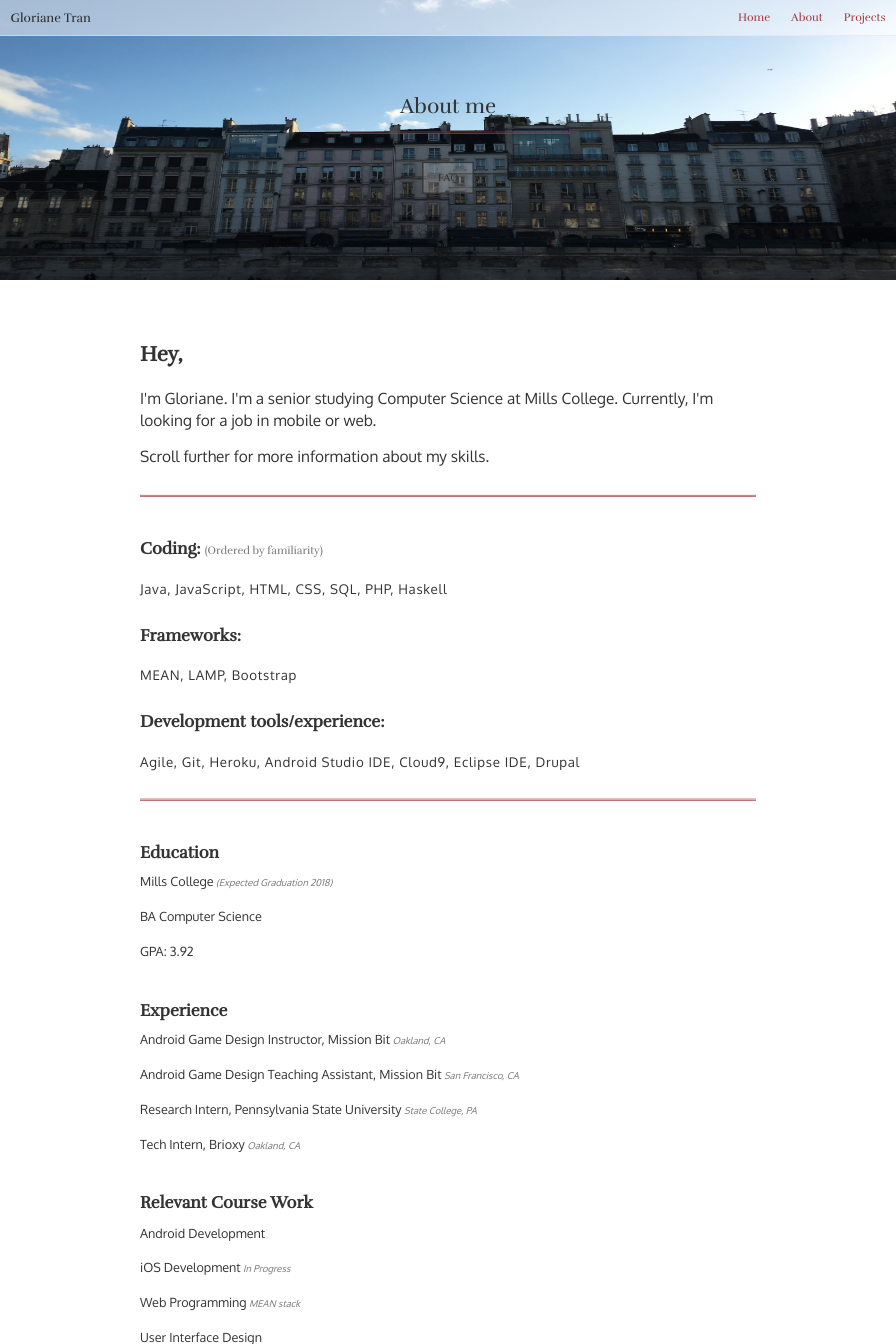
Repository: glorianetran/gloriane-web
Page: http://localhost/about
The author's editor kept a record of every edit. The page is drawn from the files as they stood at one moment, then again after the next edit.
The browser window is 1280 px wide. The pictures show the part of the page from y = 0 to 1920 px (the page is 2679 px tall), at 70% of full size.
Some web libraries are served in a nearby version. The page is served by the project's Node server (app.js). Other server files are loaded and not shown.

Above is the page before.

### app_server/views/about.ejs
<!DOCTYPE html>
<html lang="en">
    <head>
        <% include partials/head.ejs %>
        <script type="text/javascript" src="https://code.jquery.com/jquery-1.11.0.min.js"></script>
        <link href="/stylesheets/about.css" rel="stylesheet">

        <!--FAQ script-->
    	<script>
        	jQuery(document).ready(function() {
        	function close_accordion_section() {
        		jQuery('.accordion .accordion-section-title').removeClass('active');
        		jQuery('.accordion .accordion-section-content').slideUp(300).removeClass('open');
        	}

        	jQuery('.accordion-section-title').click(function(e) {
        		// Grab current anchor value
        		var currentAttrValue = jQuery(this).attr('href');

        		if(jQuery(e.target).is('.active')) {
        			close_accordion_section();
        		}else {
        			close_accordion_section();

        			// Add active class to section title
        			jQuery(this).addClass('active');
        			// Open up the hidden content panel
        			jQuery('.accordion ' + currentAttrValue).slideDown(300).addClass('open');
        		}

        		e.preventDefault();
        	});
        });
	</script>
	</head>

    <body>
        <% include partials/nav%>

        <div class="jumbotron">
            <h2 class="text-center rufina">About me</h2>
            <strong><hr class="style"></strong>
            <br>
            <div class="text-center rufina">
                <input type="button" class="button" onClick="document.getElementById('faq').scrollIntoView();" value="FAQ">
            </div>
        </div>

        <!--About page main text-->
        <div class="container">
            <div class="margin">
                <h2 class="about-header rufina">Hey,</h2>
                <br>
                <div class="about-text oxygen">
                   I'm Gloriane. I'm a senior studying Computer Science at Mills College. Currently, I'm looking
                   for a job in mobile or web.
                </div>
                <br>
                <div class="about-text oxygen">Scroll further for more information about my skills. </div>
                <br>
                <hr class="style-2">
                <br>
                <h3 class="about-header rufina">Coding: <small>(Ordered by familiarity)</small></h3>
                <br>
                <div class="about-text-list oxygen">Java, JavaScript, HTML, CSS, SQL, PHP, Haskell</div>
                <br>
                <h3 class="about-header rufina">Frameworks:</h3>
                <br>
                <div class="about-text-list oxygen">MEAN, LAMP, Bootstrap</div>
                <br>
                <h3 class="about-header rufina">Development tools/experience:</h3>
                <br>
                <div class="about-text-list oxygen">Agile, Git, Heroku, Android Studio IDE, Cloud9, Eclipse IDE, Drupal</div>
                <br>
                <hr class="style-2">
                <br>
                <h3 class="about-header rufina">Education</h3>
                <h4 class="about-text-resume oxygen">Mills College<small><i> (Expected Graduation 2018)</i></small>
                <h4 class="about-text-resume oxygen">BA Computer Science</h4>
                <h4 class="about-text-resume oxygen">GPA: 3.92</h4>
                <br>
                <h3 class="about-header rufina">Experience</h3>
                <h4 class="about-text-resume oxygen">Android Game Design Instructor, Mission Bit<small><i> Oakland, CA</i></small></h4>
                <h4 class="about-text-resume oxygen">Android Game Design Teaching Assistant, Mission Bit<small><i> San Francisco, CA</i></small></h4>
                <h4 class="about-text-resume oxygen">Research Intern, Pennsylvania State University<small><i> State College, PA</i></small></h4>
                <h4 class="about-text-resume oxygen">Tech Intern, Brioxy<small><i> Oakland, CA</i></small></h4>
                <br>
                <h3 class="about-header rufina">Relevant Course Work</h3>
                <h4 class="about-text-resume oxygen">Android Development</h4>
                <h4 class="about-text-resume oxygen">iOS Development<small><i> In Progress</i></small></h4>
                <h4 class="about-text-resume oxygen">Web Programming<small><i> MEAN stack</i> </small></h4>
                <h4 class="about-text-resume oxygen">User Interface Design</h4>
                <br>
                <i><h5 class="oxygen">For more information about my professional skills please
                click <a href="https://drive.google.com/file/d/0B7LTg5vkTmfCWkQ1WWlfV2tndTNld3JjbjJ2OTZxSGRpb0Y0/view?usp=sharing" target="_blank"><b>here</b></a> for my resume.</h5></i>
                <br>
                <hr class="style-2">
                <br>

                 <!-- FAQ -->
                <h2 id="faq" class="about-header rufina text-center">FAQ</h2>
                <br>
                <br>
            	<div class="main">
            		<div class="accordion">

            			    <div class="accordion-section">
            			    	<a class="accordion-section-title rufina" href="#accordion-1">Who are you?</a>
            				    <div id="accordion-1" class="accordion-section-content">
            					    <p class="about-faq oxygen">I'm Gloriane. Most people call me Glo. My life motto is to "Glo with the flow."</p>
            				    </div><!--end .accordion-section-content-->
            		       	</div><!--end .accordion-section-->

            			    <div class="accordion-section">
            				    <a class="accordion-section-title rufina" href="#accordion-2">What do you do outside of class?</a>
            				    <div id="accordion-2" class="accordion-section-content">
            					    <p class="about-faq oxygen">I enjoy thinking about cool app ideas,
            					    improving my general knowledge, finding time to volunteer,
            					    and admiring the beauty of giraffes (and all animals). I'm also the president of the Mills Computer Club! </p>
            				    </div><!--end .accordion-section-content-->
            			    </div><!--end .accordion-section-->

            		    	<div class="accordion-section">
            				    <a class="accordion-section-title rufina" href="#accordion-3">What are your career goals?</a>
            				    <div id="accordion-3" class="accordion-section-content">
                					<p class="about-faq oxygen">My short term goal is to get a job in mobile/web to get more experience as a developer. My long term goal is to
                					find a job where I can combine my passion for social justice and technology. I want to be able to help
                					solve some of the world's most pressing issues with tech.</p>
            				    </div><!--end .accordion-section-content-->
            		    	</div><!--end .accordion-section-->

            			    <div class="accordion-section">
            				    <a class="accordion-section-title rufina" href="#accordion-4">What are your strengths/weaknesses?</a>
            				    <div id="accordion-4" class="accordion-section-content">
            					    <p class="about-faq oxygen">My strengths are: being on time,
            					    being organized, having a positive attitude, and embracing any confusion.
            					    My weaknesses are: obsessing over minor details, not asking for help when needed,
            					    public speaking, and spelling (spell-check spoils me).
            					    </p>
            				    </div><!--end .accordion-section-content-->
            		       	</div><!--end .accordion-section-->

            		       	<div class="accordion-section">
            				    <a class="accordion-section-title rufina" href="#accordion-5">What is one cool thing you have done?</a>
            				    <div id="accordion-5" class="accordion-section-content">
            					    <p class="about-faq oxygen">In my 2nd year of college, I studied abroad in Budapest, Hungary at Aquincum Institute of Technology (AIT).
            					    It was my first time leaving the United States. I traveled to 8 countries such as Spain, France, Denmark, etc. All of the images
            					    used for this website were taken while I was abroad. <br><br>
            					    </p>
            					    <div class="text-center">
            					        <h5 class="about-faq oxygen">Here's a picture of me worshipping a quiche the size of my face in Paris, France.</h5>
            					        <img src="/images/quiche.jpg"></img>
            					    </div>
            					    <br>
            				    </div><!--end .accordion-section-content-->
            		       	</div><!--end .accordion-section-->

                    </div><!--end .accordion-->
            	</div><!--end .main-->
            </div><!--end .margin-->
        </div><!--end .container-->
	</body>

	<% include partials/footer%>

</html>

### app_server/views/partials/head.ejs
<meta charset="utf-8">
<meta http-equiv="X-UA-Compatible" content="IE=edge">
<meta name="viewport" content="width=device-width, initial-scale=1">
<meta name="description" content="Gloriane Tran's personal website with information about her academic work and projects.">
<meta name="author" content="Gloriane Tran">

<!--jQuery-->
<script src="https://ajax.googleapis.com/ajax/libs/jquery/3.2.0/jquery.min.js"></script>

<!--Bootstrap Themes-->
<link rel="stylesheet" href="https://maxcdn.bootstrapcdn.com/bootstrap/3.3.7/css/bootstrap.min.css">
<script src="https://maxcdn.bootstrapcdn.com/bootstrap/3.3.7/js/bootstrap.min.js"></script>

<!--Icons-->
<link href="https://maxcdn.bootstrapcdn.com/font-awesome/4.7.0/css/font-awesome.min.css" rel="stylesheet">

<!--Stylesheets-->
<link href="/stylesheets/footer.css" rel="stylesheet">
<link href="/stylesheets/font.css" rel="stylesheet">
<link href="/stylesheets/nav.css" rel="stylesheet">

<!--Fonts-->
<link href="https://fonts.googleapis.com/css?family=Oxygen|Rufina" rel="stylesheet">

<!--Page Title -->
<title>Gloriane Tran | <%= title %></title>

### app_server/views/partials/nav.ejs
<nav class="navbar navbar-default navbar-fixed-top">
    <div class="container-fluid">
        <div class="navbar-header">
                <button type="button" class="navbar-toggle collapsed" data-toggle="collapse" data-target="#navbar" aria-expanded="false" aria-controls="navbar">
                <span class="icon-bar"></span>
                <span class="icon-bar"></span>
                <span class="icon-bar"></span>
            </button>
            <a class="navbar-brand rufina" href="/">Gloriane Tran</a>
        </div>

        <div class="navbar-collapse collapse" id="navbar">
            <ul class="nav navbar-nav navbar-right rufina">
                <li><a href="/">Home</a></li>
                <li><a href="/about">About</a></li>
                <li><a href="/projects">Projects</a></a></li>
            </ul>
        </div>
    </div>
</nav>

### app_server/views/partials/footer.ejs
<footer>
    <hr>
    <div class="container">
        <div class="text-center">
            <a href="https://www.linkedin.com/in/gloriane-tran-ab8592a7/" target="_blank"><i class="fa fa-linkedin-square fa-3x social"></i></a>
            <a href="https://github.com/glorianetran" target="_blank"><i class="fa fa-github-square fa-3x social"></i></a>
            <a href="mailto:glorianetran@gmail.com"><span class="glyphicon glyphicon-envelope"></span></a>
            <br>
            <br>
            <p class="rufina">Copyright © Gloriane Tran 2017</p>
        </div>
    </div>
</footer>

### app.js
var express = require('express');
var path = require('path');
var favicon = require('serve-favicon');
var logger = require('morgan');
var cookieParser = require('cookie-parser');
var bodyParser = require('body-parser');

var index = require('./app_server/routes/index');
var users = require('./app_server/routes/users');

var app = express();

// view engine setup
app.set('views', path.join(__dirname,'app_server', 'views'));
app.set('view engine', 'ejs');

// uncomment after placing your favicon in /public
//app.use(favicon(path.join(__dirname, 'public', 'favicon.ico')));
app.use(logger('dev'));
app.use(bodyParser.json());
app.use(bodyParser.urlencoded({ extended: false }));
app.use(cookieParser());
app.use(express.static(path.join(__dirname, 'public')));

app.use('/', index);
app.use('/users', users);

// catch 404 and forward to error handler
app.use(function(req, res, next) {
  var err = new Error('Not Found');
  err.status = 404;
  next(err);
});

// error handler
app.use(function(err, req, res, next) {
  // set locals, only providing error in development
  res.locals.message = err.message;
  res.locals.error = req.app.get('env') === 'development' ? err : {};

  // render the error page
  res.status(err.status || 500);
  res.render('error');
});

module.exports = app;

### app_server/controllers/main.js
/* GET home page */
module.exports.index = function(req, res) {
    res.render('index', {
        title: 'Home'
    });
};

/* GET about page. */
module.exports.about = function(req, res) {
    res.render('about', {
        title: 'About'
    });
};

/* GET projects page. */
module.exports.projects = function(req, res) {
    res.render('projects', {
        title: 'Projects'
    });
};

### public/stylesheets/footer.css
footer {
    width: 100%;
    height: 100px;
}


/*Social Media Links*/

.fa-3x {
    font-size: 3em;
    color: #A33B3B;
    margin: auto 5px;
}

.fa-3x:hover {
    color: #333333;
}


/*Link color*/

a {
    color: #A33B3B;
}

a:hover {
    color: #333333;
}

a:focus {
    color: #A33B3B;
}


/*Email Icon*/

span.glyphicon-envelope {
    font-size: 2.5em;
    margin: auto 5px;
}

.glyphicon {
    top: 3px;
}

### public/stylesheets/font.css
.rufina{
    font-family: 'Rufina', serif;
}

.oxygen{
    font-family: 'Oxygen', sans-serif;
}

### public/stylesheets/nav.css
.navbar-default .navbar-brand {
    color: #A33B3B;
    font-size: 18px;
}

.navbar-default .navbar-brand:hover,
.navbar-default .navbar-brand:focus {
    color: #2C2B2B;
}

.navbar-default .navbar-nav>li>a {
    color: #A33B3B;
    font-size: 16px;
}

.navbar-default {
    background-color: RGBA(255, 255, 255, .5);
    border-color: #E7E7E7;
}

.icon-bar {
    background-color: #A33B3B !important;
}

### public/stylesheets/about.css
hr.style {
    border-top: 3px double #000000;
    width: 350px;
    border-color: #A33B3B;
}

hr.style-2 {
    border-top: 3px double #000000;
    width: 100%;
    border-color: #A33B3B;
    text-align: left;
}

.button {
    border-radius: 0px;
    background: #A33B3B;
    font-size: 15px;
    font-weight: 500;
    background: RGBA(255, 255, 255, .2);
    padding: 10px 20px 10px 20px;
    border: solid #333333 2px;
    outline: none !important;
}

.button:hover {
    text-decoration: none;
    background: #333333;
    color: #A33B3B;
}

.jumbotron {
    margin-bottom: 0px;
    padding: 9% 0;
    width: 100%;
    background-image: url("/images/about.jpg");
    background-size: 100% 100%;
    height: 400px;
}

.container {
    width: 100%;
    padding: 0px;
}

.margin {
    margin: 90px 200px;
}

.about-text {
    font-size: 22px;
}

.about-faq {
    font-size: 16px;
}

.about-text-list {
    font-size: 19px;
    letter-spacing: 1px;
}

.about-text-resume {
    padding: 10px 0px;
}

.about-header {
    font-weight: 800;
}


/*----- Accordion FAQ -----*/

.accordion,
.accordion * {
    box-sizing: border-box;
}

.accordion {
    overflow: hidden;
    box-shadow: 0px 1px 3px rgba(0, 0, 0, 0.25);
    border-radius: 3px;
    background: #f7f7f7;
}


/*----- Section Titles -----*/

.accordion-section-title {
    width: 100%;
    padding: 15px;
    display: inline-block;
    border-bottom: 1px solid #1a1a1a;
    background: #333333;
    transition: all linear 0.15s;
    font-size: 1.200em;
    color: #FFFFFF;
    text-decoration: none;
}

.accordion-section-title.active,
.accordion-section-title:hover {
    background: #A33B3B;
    color: #333333;
    text-decoration: none;
    font-weight: bolder;
}

.accordion-section:last-child .accordion-section-title {
    border-bottom: none;
}


/*----- Section Content -----*/

.accordion-section-content {
    padding: 15px;
    display: none;
}

a:focus,
a:hover {
    color: #fff;
    text-decoration: none;
}


/*Responsive*/

@media (max-width: 975px) {
    .margin {
        margin: 40px 60px;
    }
    .jumbotron {
        padding: 12% 0;
    }
}

@media (max-width: 730px) {
    html,
    body {
        width: auto !important;
        overflow-x: hidden !important;
    }
    .margin {
        margin: 30px 30px;
    }
    .jumbotron {
        padding: 15% 0px;
    }
}

@media (max-width: 450px) {
    hr.style {
        width: 300px;
    }
    .margin {
        margin: 30px 30px;
    }
    .jumbotron {
        padding: 23% 0;
    }
}

After the next edit:
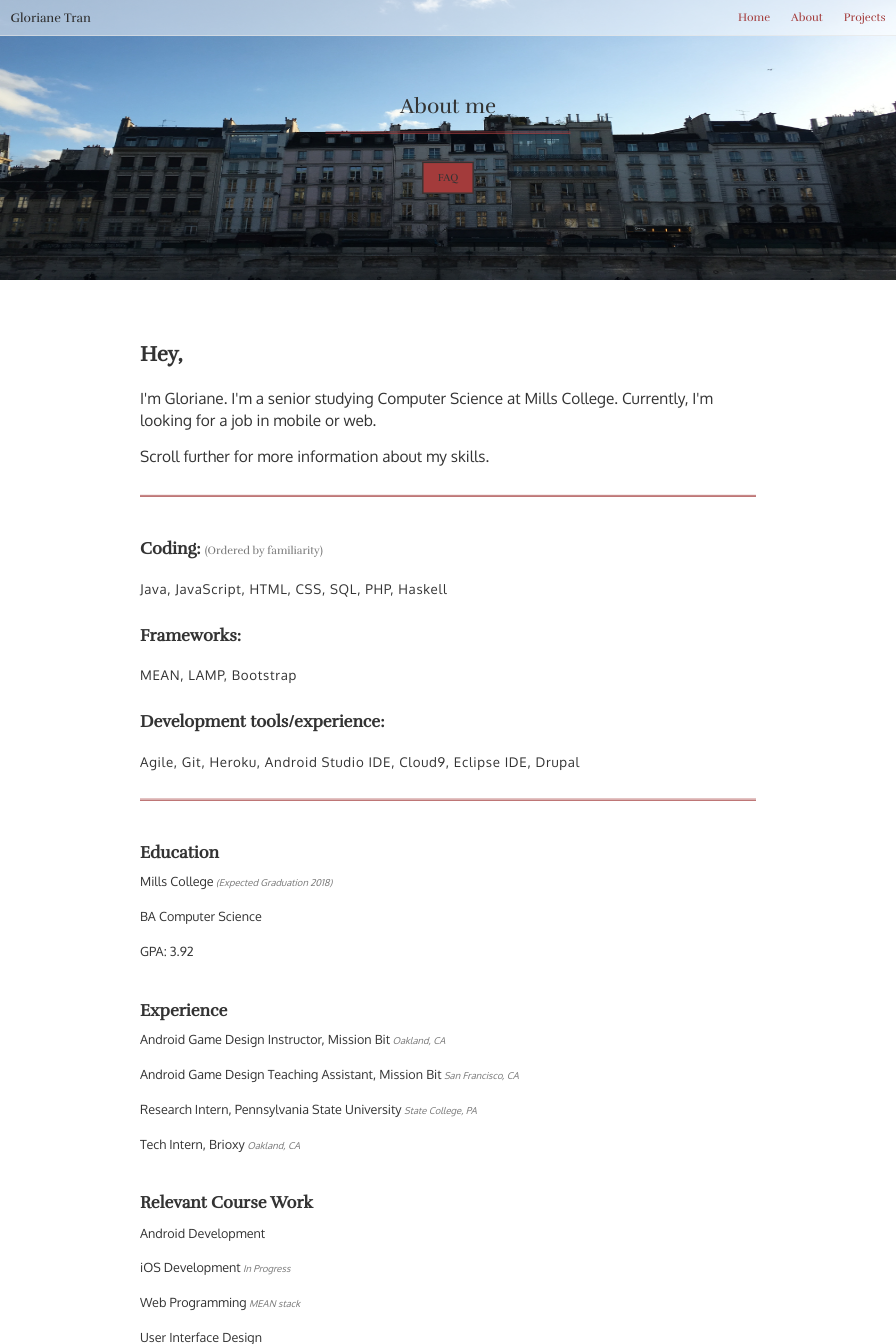
The edit:
--- a/public/stylesheets/about.css
+++ b/public/stylesheets/about.css
@@ -16,7 +16,6 @@
     background: #A33B3B;
     font-size: 15px;
     font-weight: 500;
-    background: RGBA(255, 255, 255, .2);
     padding: 10px 20px 10px 20px;
     border: solid #333333 2px;
     outline: none !important;
